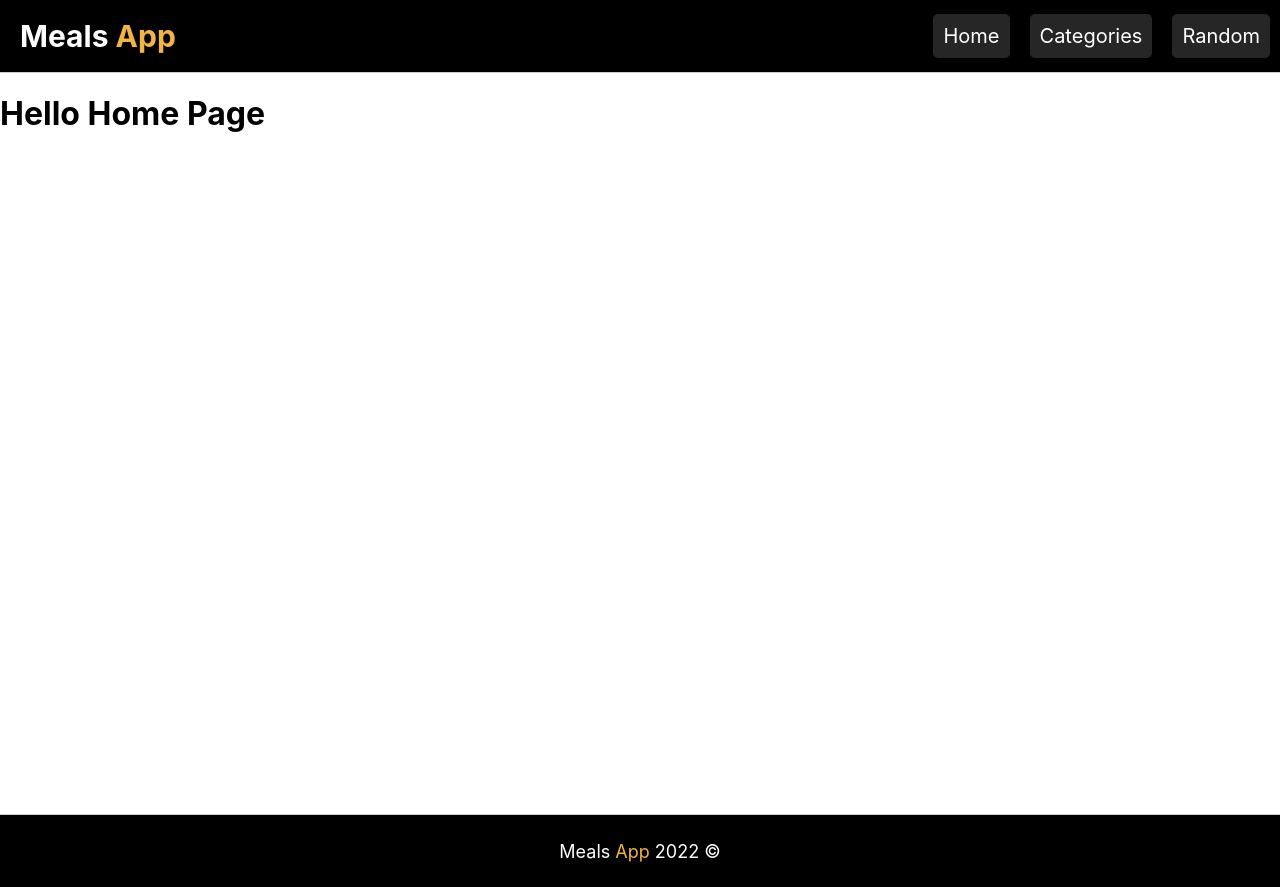
Repository: Shahriddinov/Meals
Page: /
An editor plug-in stored every save of this project. The page is shown before and after the next save, followed by the edit.
The browser window is 1280 px wide. The pictures show the whole page.
The project was rebuilt for these pictures with package versions that can differ from the ones it lists, and the page was loaded fresh each time. Also part of the build but not shown: src/components/Categories/Categories.js, src/components/RandomMeal/RandomMeal.js.

Above is the page before, as saved 2022-03-21 17:03:32.

### src/index.js
import React from 'react';
import ReactDOM from 'react-dom';
import { BrowserRouter } from 'react-router-dom';
import App from './App';
import { AppContext } from './components/context/context';

ReactDOM.render(
  <React.StrictMode>
    <BrowserRouter>
    <AppContext>
      <App />
    </AppContext>
    </BrowserRouter>

  </React.StrictMode>,
  document.getElementById('root')
);

### src/App.js
import React from 'react';
import { Footer } from './components/Footer/Footer';
import Navbar from './components/Navbar/Navbar';
import HomePage from './components/HomePage/HomePage'
import Categories from './components/Categories/Categories'
import "./App.scss"
import RandomMeal from './components/RandomMeal/RandomMeal'
import {BrowserRouter,  Routes, Route} from 'react-router-dom'

function App(props) {
    return (
        <div>
         <Navbar />

         <Routes>
          <Route  path="/" element={<HomePage/>} />
          <Route  path="/categories" element={<Categories/>}/>
          <Route  path="/random" element={<RandomMeal/>} />
          </Routes>
          <Footer/>
        </div>
    );
}

export default App;

### src/components/context/context.js
import React, {createContext} from 'react'

const myContext = createContext();

export const AppContext  = ({children}) =>{
  return <myContext.Provider>{children}</myContext.Provider>

}

### src/components/Footer/Footer.js
import React from 'react'
import "./Footer.scss"
export const Footer = () => {
  return (
    <div className="footer">
       <p>Meals <span>App</span> 2022 &copy;</p>
    </div>
  )
}

### src/components/Navbar/Navbar.js
import React from 'react'
import {Link} from 'react-router-dom'
import "./Navbar.scss"
const Navbar = () => {
  return (
    <div className="navbar">
      <div className="navbar-heading">
          <h1>Meals <span>App</span></h1>
      </div>
      <div className="navbar-links">
          <ul>
           <Link to="/">
             {""}
             <li>Home</li>
             </Link>
           <Link to="/categories">
             {""}
             <li>Categories</li>
             </Link>
           <Link to="/random">
             {""}
             <li>Random</li>
             </Link>
          </ul>
      </div>
    </div>
  )
}

export default Navbar

### src/components/HomePage/HomePage.js
import React from 'react'
import "./HomePage.scss"
function HomePage() {
  return (
    <div className="home">
      <h1>Hello Home Page</h1>
    </div>
  )
}

export default HomePage

### src/App.scss
body {
  padding: 0;
  margin: 0;
  box-sizing: border-box;
  font-family: -apple-system, BlinkMacSystemFont, "Segoe UI", Roboto, Oxygen,
    Ubuntu, Cantarell, "Open Sans", "Helvetica Neue", sans-serif;
}

### src/components/Footer/Footer.scss
.footer {
  display: flex;
  align-items: center;
  justify-content: center;
  text-align: center;
  background: #000000;
  color: #fff;
  height: 10vh;
  border-top: 1px solid #ccc;

  p {
    font-size: 18px;
    span {
      color: #f3b542;
    }
  }
}

### src/components/Navbar/Navbar.scss
.navbar {
  width: 100%;
  height: 10vh;
  background: #000000;
  color: #fff;
  display: flex;
  align-items: center;
  justify-content: space-between;
  flex-direction: row;
  border-bottom: 1px solid #ccc;
  &-heading {
    h1 {
      margin-left: 20px;
      font-size: 30px;
      span {
        color: #f3b542;
      }
    }
  }
  &-links {
    ul {
      display: flex;
      list-style: none;
    }
    a {
      color: #ffff;
      text-decoration: none;
      margin: 0px 10px;
      padding: 10px;
      background: lighten($color: #000000, $amount: 15);
      border-radius: 5px;
      font-size: 20px;
      transition: all 0.4s ease;
      &:hover {
        color: #f3b542;
      }
    }
  }
}

### src/components/HomePage/HomePage.scss
.home {
  min-height: 100vh;
  height: auto;
}

Loaded but not shown: public/index.html (common file)

After the next save:
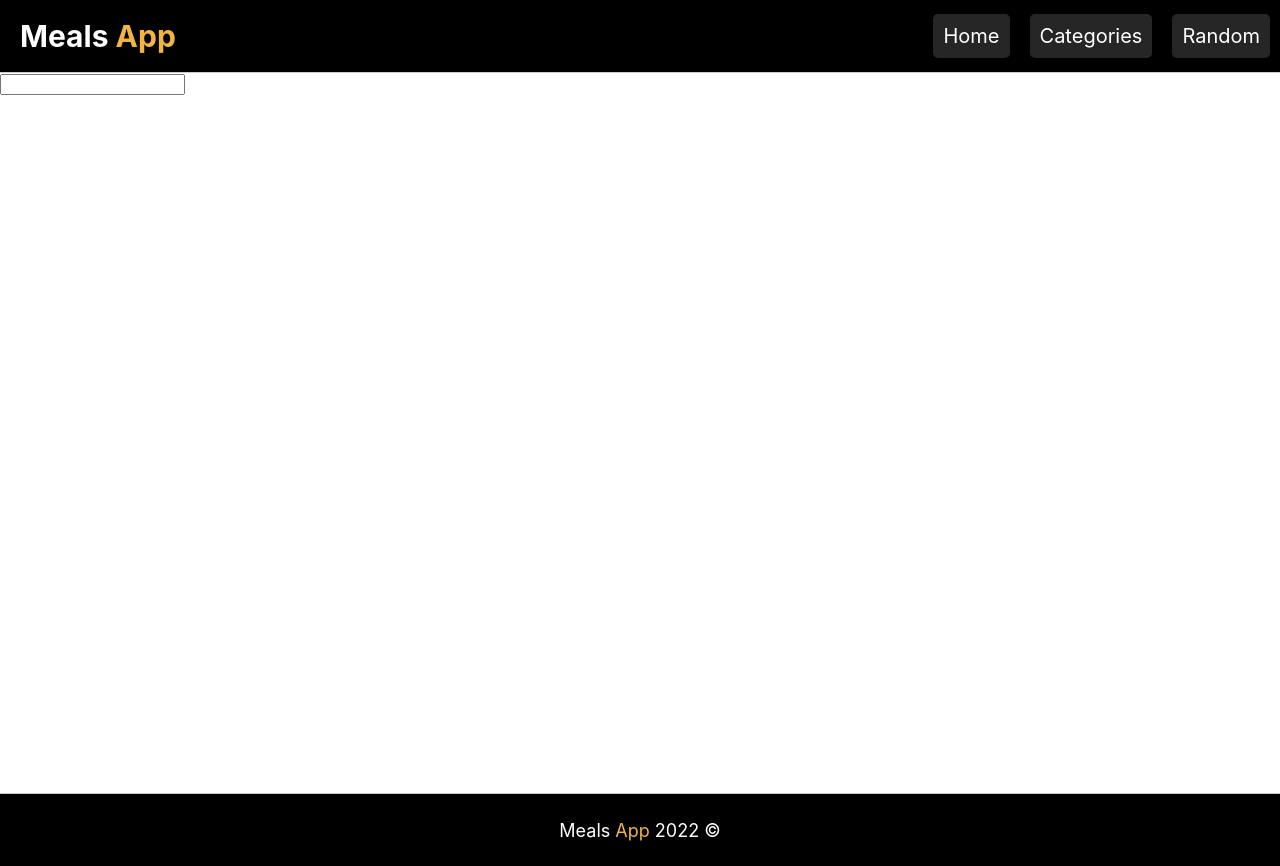
Saved 3 min 47 s later.
--- a/src/components/HomePage/HomePage.js
+++ b/src/components/HomePage/HomePage.js
@@ -3,7 +3,9 @@ import "./HomePage.scss"
 function HomePage() {
   return (
     <div className="home">
-      <h1>Hello Home Page</h1>
+      <div className="home-search">
+        <input type="text" className=""/>
+      </div>
     </div>
   )
 }
